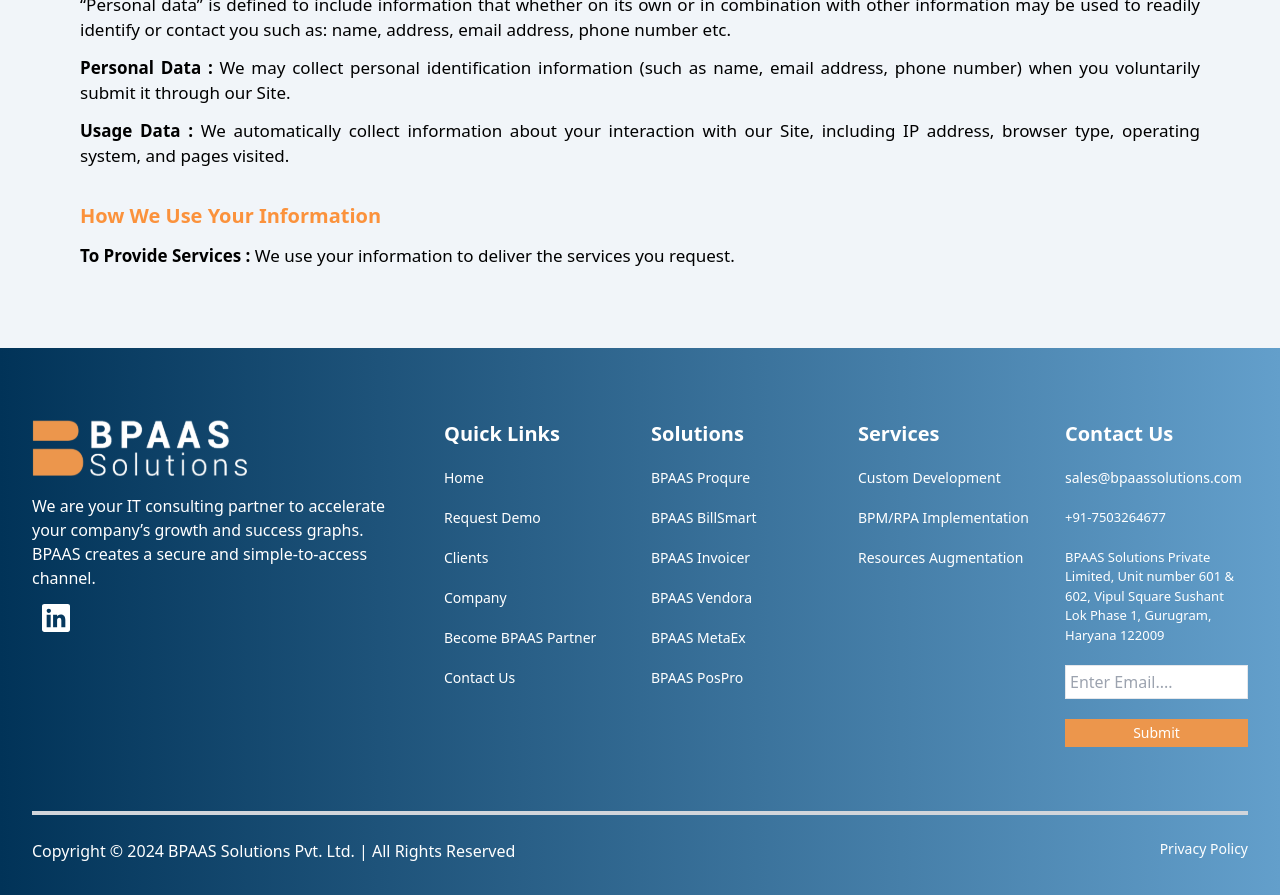
Repository: captainalpha/BP-Website
Page: /services/bp-services
An editor plug-in stored every save of this project. The page is shown before and after the next save, followed by the edit.
The browser window is 1280 px wide. The pictures show the part of the page from y = 1006 to 1958 px (the page is 1901 px tall before and 2014 px after).
The project was rebuilt for these pictures with package versions that can differ from the ones it lists, and the page was loaded fresh each time. The framework's server and built-in components were replaced by stand-ins that run in the browser. Also part of the build but not shown: next.config.js, components/common/TopBanner.js, components/common/SectionHeader.js.

Above is the page before, as saved 2024-08-13 15:31:46.

### pages/_app.js
import Navbar from "../components/common/Navbar";
import "../styles/globals.css";
import Footer from "../components/common/Footer";

import "swiper/css";
import "swiper/css/navigation";
import "swiper/css/pagination";



import { motion, AnimatePresence } from "framer-motion";
import CookiesMain from "../components/common/CookiesMain";

// import styles from './slider.module.scss'
function MyApp({ Component, pageProps, router }) {
  const spring = {
    type: "spring",
    damping: 20,
    stiffness: 100,
    when: "afterChildren",
  };
  return (
    <>
      <div className="z-50 scroll-smooth">
        <Navbar />
      </div>
      <AnimatePresence>
        <div className="page-transition-wrapper">
          <motion.div
            transition={spring}
            key={router.pathname}
            initial={{ y: -300, opacity: 0 }}
            animate={{ y: 0, opacity: 1 }}
            exit={{ y: 300, opacity: 0 }}
            id="page-transition-container"
          >
            <Component {...pageProps} /> <Footer />{" "}
            <CookiesMain/>
          </motion.div>
        </div>
      </AnimatePresence>
    </>
  );
}

export default MyApp;

### pages/services/bp-services.js
import TopBanner from "../../components/common/TopBanner";
import SectionHeader from "../../components/common/SectionHeader";
import TopBanner2 from "../../components/common/TopBanner2";
import Image from "next/image";
import Link from "next/link";

function BpServices() {
  return (
    <div>
      <div className="relative">
        <TopBanner2
          image={"/images/policy-service2.jpg"}
          title="Privacy Policy"
          discription="This Privacy Policy explains how we collect, use, disclose, and safeguard your information when you visit our website."
          btnShow={false}
        />
        <div className="absolute top-[1em] right-[10em]">
          <Image
            src="/images/privacypolicy2.png"
            className="w-1/2 mx-auto"
            width="500"
            height="500"
            alt="customer-developement"
          />
        </div>
      </div>

      <div className=" bg-slate-100  p-[5em]">
        <div className="container mx-auto max-w-6xl">
          <div className="text-left">
            <h1 className="lg:text-4xl text-3xl font-bold capitalize ">
              <span>Privacy</span>{" "}
              <span className="text-[#fb923c]">Statement</span>
            </h1>
          </div>
          <div className="mt-5">
            <p className="text-[17px] text-justify">
              Effective Date: 12th Aug 2024 <br />
              <br /> BPAAS Solutions Pvt. Ltd. (&ldquo;we,&rdquo;
              &ldquo;our,&rdquo; &ldquo;us&rdquo;) is committed to protecting
              your privacy. This Privacy Policy explains how we collect, use,
              disclose, and safeguard your information when you visit our
              website&nbsp;
              <Link passHref href="/">
                <a className="text-sky-600 hover:text-[#fb923c]">
                  bpaassolutions.com
                </a>
              </Link>
              . Please read this policy carefully to understand our views and
              practices regarding your personal data.
            </p>
          </div>
          <div className="mt-[2em]">
            <h1 className="text-[20px] font-bold text-[#fb923c]">
              Information We Collect
            </h1>
            <p className="text-[17px] text-justify mt-3">
              &ldquo;Personal data&rdquo; is defined to include information that
              whether on its own or in combination with other information may be
              used to readily identify or contact you such as: name, address,
              email address, phone number etc.
            </p>
            <p className="text-[17px] text-justify mt-3">
              <b>Personal Data :</b> We may collect personal identification information
              (such as name, email address, phone number) when you voluntarily
              submit it through our Site.
            </p>
            <p className="text-[17px] text-justify mt-3">
              <b>Usage Data :</b> We automatically collect
              information about your interaction with our Site, including IP
              address, browser type, operating system, and pages visited.
            </p>
          </div>

          <div className="mt-[2em]">
            <h1 className="text-[20px] font-bold text-[#fb923c]">
            How We Use Your Information
            </h1>
            <p className="text-[17px] text-justify mt-3">
              <b>To Provide Services :</b> We use your information to deliver the services you request.
            </p>
          </div>
        </div>
      </div>
    </div>
  );
}

export default BpServices;

### styles/globals.css
@tailwind base;
@tailwind components;
@tailwind utilities;

.mySwiper {
  padding: 0 3rem;
}
.swiper-button-next {
  color: white;
  font-size: 20px !important;
}
.swiper-button-prev {
  color: white;
  font-size: 20px !important;
}
.swiper-button-prev:after {
  color: white;
  font-size: 20px !important;
}
.swiper-button-next:after {
  color: white;
  font-size: 20px !important;
}
.container-bpaas{
  max-width: 1100px;
}

/* .swiper-button-prev {

  background-image: url("data:[embedded picture, 251 characters]");
} */
.swiper-button-prev:after {

  border: 2px solid white;
  border-radius: 30%;
  /* width: 25%; */
  background: #ec964c;
  padding: 20%;
}
/* .swiper-button-next {
  background-image: url("data:[embedded picture, 251 characters]");
} */
.swiper-button-next:after {

  border: 2px solid white;
  border-radius: 30%;
  /* width: 25%; */
  background: #ec964c;
  padding: 20%;
}

@media only screen and (max-width: 600px) {
  .swiper-button-next:after {
    display: none;
  }
}
@media only screen and (max-width: 600px) {
  .swiper-button-prev:after {
    display: none;
  }
}




/*OEM Modal */
@layer utilities {
  @keyframes modalOpen {
    0% {
      clip-path: polygon(0 0, 0 0, 0 100%, 0 100%);
      opacity: 0;
    }
    100% {
      clip-path: polygon(0 0, 100% 0, 100% 100%, 0 100%);
      opacity: 1;
    }
  }

  @keyframes modalClose {
    0% {
      clip-path: polygon(0 0, 100% 0, 100% 100%, 0 100%);
      opacity: 1;
    }
    100% {
      clip-path: polygon(50% 0, 50% 0, 50% 100%, 50% 100%);
      opacity: 0;
    }
  }

  .animate-modalOpen {
    animation: modalOpen 0.5s forwards;
  }

  .animate-modalClose {
    animation: modalClose 0.5s forwards;
  }

  .custom-aspect-ratio {
    box-shadow: rgba(149, 157, 165, 0.2) 0px 8px 24px;
    aspect-ratio: 3 / 2;
  }
}

### components/common/Footer.js
import Image from "next/image";
import Link from "next/link";

export default function Footer() {
  return (
    <footer className=" bg-gradient-to-r from-primary to-secondary text-white p-5 md:p-8">
      <div className="  py-10 ">
        <div className="lg:grid lg:grid-cols-9 gap-5">
          <div className="w-full  lg:col-span-3">
            <div className=" space-y-3">
              <div className="">
                <Image
                  alt=""
                  src={require("../../assets/bpass-logo-white.svg")}
                />
              </div>

              <p className="max-w-sm mt-4 ">
                We are your IT consulting partner to accelerate your company’s
                growth and success graphs. BPAAS creates a secure and
                simple-to-access channel.
              </p>

              <div className="flex mt-4 ">
                <a
                  href="https://www.linkedin.com/company/bpaas-solutions-pvt-ltd/"
                  className="mx-2 "
                  aria-label="Linkden"
                >
                  <svg className="w-8 h-8 fill-current" viewBox="0 0 512 512">
                    <path d="M444.17,32H70.28C49.85,32,32,46.7,32,66.89V441.61C32,461.91,49.85,480,70.28,480H444.06C464.6,480,480,461.79,480,441.61V66.89C480.12,46.7,464.6,32,444.17,32ZM170.87,405.43H106.69V205.88h64.18ZM141,175.54h-.46c-20.54,0-33.84-15.29-33.84-34.43,0-19.49,13.65-34.42,34.65-34.42s33.85,14.82,34.31,34.42C175.65,160.25,162.35,175.54,141,175.54ZM405.43,405.43H341.25V296.32c0-26.14-9.34-44-32.56-44-17.74,0-28.24,12-32.91,23.69-1.75,4.2-2.22,9.92-2.22,15.76V405.43H209.38V205.88h64.18v27.77c9.34-13.3,23.93-32.44,57.88-32.44,42.13,0,74,27.77,74,87.64Z" />
                  </svg>
                </a>

                {/* <a href="/contact-us" className="mx-2 " aria-label="Facebook">
                  <svg className="w-4 h-4 fill-current" viewBox="0 0 512 512">
                    <path d="M455.27,32H56.73A24.74,24.74,0,0,0,32,56.73V455.27A24.74,24.74,0,0,0,56.73,480H256V304H202.45V240H256V189c0-57.86,40.13-89.36,91.82-89.36,24.73,0,51.33,1.86,57.51,2.68v60.43H364.15c-28.12,0-33.48,13.3-33.48,32.9V240h67l-8.75,64H330.67V480h124.6A24.74,24.74,0,0,0,480,455.27V56.73A24.74,24.74,0,0,0,455.27,32Z" />
                  </svg>
                </a>

                <a href="/contact-us" className="mx-2 " aria-label="Twitter">
                  <svg className="w-4 h-4 fill-current" viewBox="0 0 512 512">
                    <path d="M496,109.5a201.8,201.8,0,0,1-56.55,15.3,97.51,97.51,0,0,0,43.33-53.6,197.74,197.74,0,0,1-62.56,23.5A99.14,99.14,0,0,0,348.31,64c-54.42,0-98.46,43.4-98.46,96.9a93.21,93.21,0,0,0,2.54,22.1,280.7,280.7,0,0,1-203-101.3A95.69,95.69,0,0,0,36,130.4C36,164,53.53,193.7,80,211.1A97.5,97.5,0,0,1,35.22,199v1.2c0,47,34,86.1,79,95a100.76,100.76,0,0,1-25.94,3.4,94.38,94.38,0,0,1-18.51-1.8c12.51,38.5,48.92,66.5,92.05,67.3A199.59,199.59,0,0,1,39.5,405.6,203,203,0,0,1,16,404.2,278.68,278.68,0,0,0,166.74,448c181.36,0,280.44-147.7,280.44-275.8,0-4.2-.11-8.4-.31-12.5A198.48,198.48,0,0,0,496,109.5Z" />
                  </svg>
                </a> */}
              </div>
            </div>
          </div>

          <div className="mt-6 lg:mt-0 lg:flex-1 lg:col-span-6">
            <div className="grid grid-cols-2 gap-6 sm:grid-cols-3 md:grid-cols-4">
              <div className="space-y-5">
                <h3 className="text-xl font-bold ">Quick Links</h3>
                <Link passHref href="/">
                  <a className="block  text-sm  hover:underline hover:text-orange">
                    Home
                  </a>
                </Link>

                <Link passHref href="/request-demo">
                  <a className="block  text-sm  hover:underline hover:text-orange">
                    Request Demo
                  </a>
                </Link>
                <Link passHref href="/clients">
                  <a className="block  text-sm  hover:underline hover:text-orange">
                    Clients
                  </a>
                </Link>
                <Link passHref href="/about-us">
                  <a className="block  text-sm  hover:underline hover:text-orange">
                    Company
                  </a>
                </Link>
                <Link passHref href="/become-partner">
                  <a className="block  text-sm  hover:underline hover:text-orange">
                    Become BPAAS Partner
                  </a>
                </Link>
                <Link passHref href="/contact-us">
                  <a className="block  text-sm  hover:underline hover:text-orange">
                    Contact Us
                  </a>
                </Link>
              </div>

              <div className="space-y-5">
                <h3 className="text-xl font-bold">Solutions</h3>
                <Link passHref href="/solutions/bpaas-proqure">
                  <a className="block  text-sm  hover:underline hover:text-orange">
                    BPAAS Proqure
                  </a>
                </Link>
                <Link passHref href="/solutions/bpaas-billsmart">
                  <a className="block  text-sm  hover:underline hover:text-orange">
                    BPAAS BillSmart
                  </a>
                </Link>
                <Link passHref href="/solutions/bpaas-invoicer">
                  <a className="block  text-sm  hover:underline hover:text-orange">
                    BPAAS Invoicer
                  </a>
                </Link>
                <Link passHref href="/solutions/bpaas-vendora">
                  <a className="block  text-sm  hover:underline hover:text-orange">
                    BPAAS Vendora
                  </a>
                </Link>
                {/* <Link passHref href="/solutions/bpaas-smartex">
                  <a className="block  text-sm  hover:underline hover:text-orange">
                    BPAAS SmartEx
                  </a>
                </Link> */}
                <a
                  className="block  text-sm  hover:underline hover:text-orange"
                  href="https://metasolve.io/"
                  target="_blank"
                  rel="noreferrer"
                >
                  BPAAS MetaEx
                </a>
                <Link passHref href="/solutions/bpaas-pospro">
                  <a className="block  text-sm  hover:underline hover:text-orange">
                    BPAAS PosPro
                  </a>
                </Link>
              </div>

              <div className="space-y-5">
                <h3 className=" text-xl font-bold  ">Services</h3>

                <Link passHref href="/services/custom-development">
                  <a className="block  text-sm  hover:underline hover:text-orange">
                    Custom Development
                  </a>
                </Link>
                <Link passHref href="/services/bpm-rpa-implementation">
                  <a className="block  text-sm  hover:underline hover:text-orange">
                    BPM/RPA Implementation
                  </a>
                </Link>
                <Link passHref href="/services/resource-augmentation">
                  <a className="block  text-sm  hover:underline hover:text-orange">
                    Resources Augmentation
                  </a>
                </Link>
              </div>

              <div className="space-y-5">
                <h3 className=" text-xl font-bold ">Contact Us</h3>
                {/* <span className="block  text-sm  hover:underline hover:text-orange">
                  abhishek.kumar@bpaassolutions.com
                </span> */}
                <span className="block  text-sm  hover:underline hover:text-orange">
                  sales@bpaassolutions.com
                </span>
                <span className="block  text-[13px]  hover:underline hover:text-orange">
                  +91-7503264677
                </span>
                <span className="block  text-[13px]  hover:underline hover:text-orange">
                  BPAAS Solutions Private Limited, Unit number 601 & 602, Vipul
                  Square Sushant Lok Phase 1, Gurugram, Haryana 122009
                </span>
                <input
                  className="block p-1 outline-none border text-black w-full"
                  placeholder="Enter Email...."
                />
                <button className="text-sm bg-orange px-2 py-1 w-full">
                  Submit
                </button>
              </div>
            </div>
          </div>
        </div>
      </div>
      <hr className="h-1 w-full my-6 bg-gray-300 border-none " />

      <div className="flex justify-between">
        <div>
          <p className="text-center text-white">
            Copyright © 2024 BPAAS Solutions Pvt. Ltd. | All Rights Reserved
          </p>
        </div>
        <div>
          <Link passHref href="/services/bp-services">
            <a className="block  text-sm  hover:underline hover:text-orange">
            Privacy Policy
            </a>
          </Link>
        </div>
      </div>
    </footer>
  );
}

### components/common/CookiesMain.js
import { useState, useEffect } from 'react';
import Cookies from 'js-cookie';


const CookiesMain = () => {
    const [showBanner, setShowBanner] = useState(false);

  useEffect(() => {
    const consent = Cookies.get('cookie-consent');
    if (!consent) {
      setShowBanner(true);
    }
  }, []);

  const acceptCookies = () => {
    Cookies.set('cookie-consent', 'true', { expires: 365 });
    setShowBanner(false);
  };

  if (!showBanner) return null;
  return (
    <>

    <div className="fixed bottom-0 left-0 right-0 bg-gray-800 text-white p-4 flex justify-between items-center z-50">
      <span>We use cookies to improve your experience. By using our website, you agree to our cookie policy.</span>
      <button
        onClick={acceptCookies}
        className="bg-orange text-white px-4 md:px-10 py-2"
      >
        Accept
      </button>
    </div>

    </>
  )
}
export default CookiesMain

### components/common/TopBanner2.js
import Link from "next/link";
function TopBanner2({ image, title, discription, onClick,btnShow}) {
  return (
    <div
      style={{ backgroundImage: `url(${image})` }}
      className={`lg:h-[80vh] h-[60vh] mt-20 w-full text-white flex p-10 items-center bg-no-repeat bg-cover `}
    >
      <div className="space-y-4 lg:w-1/2  md:text-left">
        <h1 className="lg:text-5xl text-3xl font-bold capitalize ">{title}</h1>
        <p className="w-full lg:text-xl lg:text-justify tracking-tighter">
          {discription}
        </p>
    {btnShow&&(
        <Link passHref href="/request-demo">
          <button className="px-8 py-2  border-white border-2 hover:bg-orange font-medium text-xl">
            Request Demo
          </button>
        </Link>
    )}
      </div>
    </div>
  );
}

export default TopBanner2;

### tailwind.config.js
module.exports = {
  content: [
    "./pages/**/*.{js,ts,jsx,tsx}",
    "./components/**/*.{js,ts,jsx,tsx}",
  ],
  theme: {
    extend: {
      keyframes: {
        modalOpen: {
          '0%': { transform: 'scale(0)', opacity: 0 },
          '100%': { transform: 'scale(1)', opacity: 1 },
        },
        modalClose: {
          '0%': { transform: 'scale(1)', opacity: 1 },

        },
        fragmentIn: {
          '0%': { opacity: 0, transform: 'translate(-50px, -50px)' },
          '100%': { opacity: 1, transform: 'translate(0, 0)' },
        },
        fragmentOut: {
          '0%': { opacity: 1, transform: 'translate(0, 0)' },
          '100%': { opacity: 0, transform: 'translate(50px, 50px)' },
        },

      },
      animation: {
        modalOpen: 'modalOpen 0.5s ease-out forwards',
        modalClose: 'modalClose 0.5s ease-in forwards',
        fragmentIn: 'fragmentIn 0.5s ease-out forwards',
        fragmentOut: 'fragmentOut 0.5s ease-in forwards',
      },
      backgroundImage: {
        "testimonial-bg": "url('/img/hero-pattern.svg')",
        "testimonial-bgs": "url('/')",
      },
      colors: {
        primary: "#013358",
        secondary: "#639FCB",
        primaryText: "#1D669C",
        orange: "#EC964C",
        glassEffect:
          "linear-gradient(105.47deg, #FFFFFF -13.63%, rgba(255, 255, 255, 0) 108.8%)",
      },
      backgroundSize: {
        "size-200": "200% 200%",
      },
      backgroundPosition: {
        "pos-0": "0% 0%",
        "pos-100": "100% 100%",
      },
    },
    variants: {
      fill: ["hover", "focus"],
    },
    boxShadow: {
      "3xl": "0 35px 60px -15px rgba(0, 0, 0, 0.3)",
    },
  },
  plugins: [],
};

Loaded but not shown: components/common/Navbar.js (726 lines, source omitted)

After the next save:
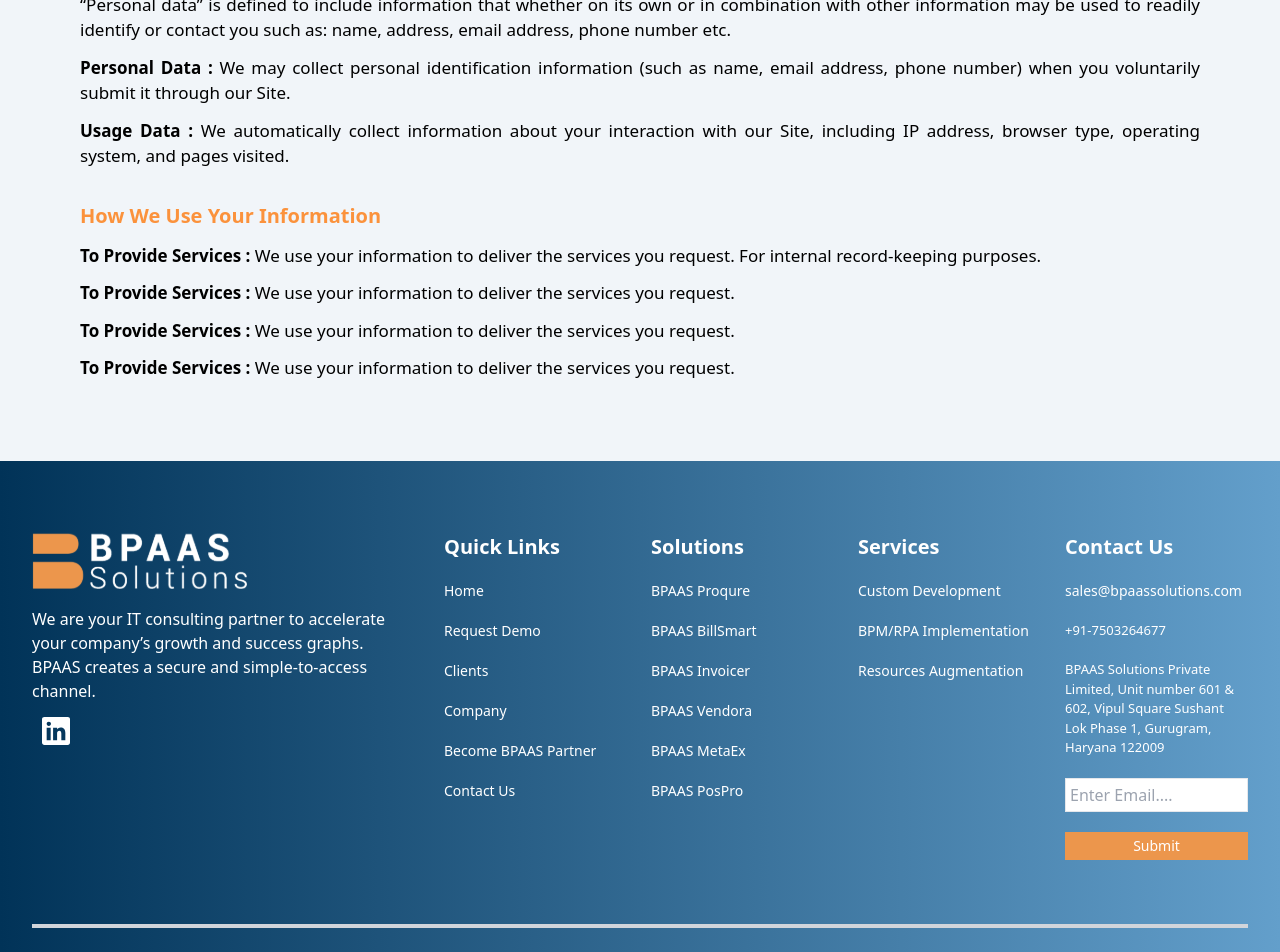
Saved 28 s later.
--- a/pages/services/bp-services.js
+++ b/pages/services/bp-services.js
@@ -77,6 +77,15 @@
             How We Use Your Information
             </h1>
             <p className="text-[17px] text-justify mt-3">
+              <b>To Provide Services :</b> We use your information to deliver the services you request. For internal record-keeping purposes.
+            </p>
+            <p className="text-[17px] text-justify mt-3">
+              <b>To Provide Services :</b> We use your information to deliver the services you request.
+            </p>
+            <p className="text-[17px] text-justify mt-3">
+              <b>To Provide Services :</b> We use your information to deliver the services you request.
+            </p>
+            <p className="text-[17px] text-justify mt-3">
               <b>To Provide Services :</b> We use your information to deliver the services you request.
             </p>
           </div>
